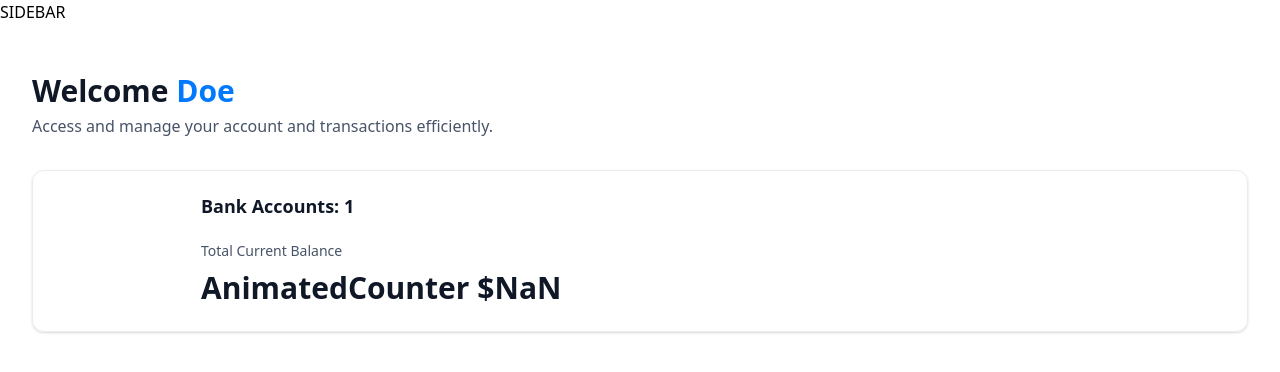
Repository: akinolapo/creditcraze
Page: /
These files come from the project's save history. The page is drawn as it stood at one moment and after the next save; the edit follows.
The browser window is 1280 px wide. The pictures show the whole page.
The project was rebuilt for these pictures with package versions that can differ from the ones it lists, and the page was loaded fresh each time. The framework's server and built-in components were replaced by stand-ins that run in the browser. Also part of the build but not shown: next.config.mjs.

Above is the page before, as saved 2024-06-26 14:24:18.

After the next save:
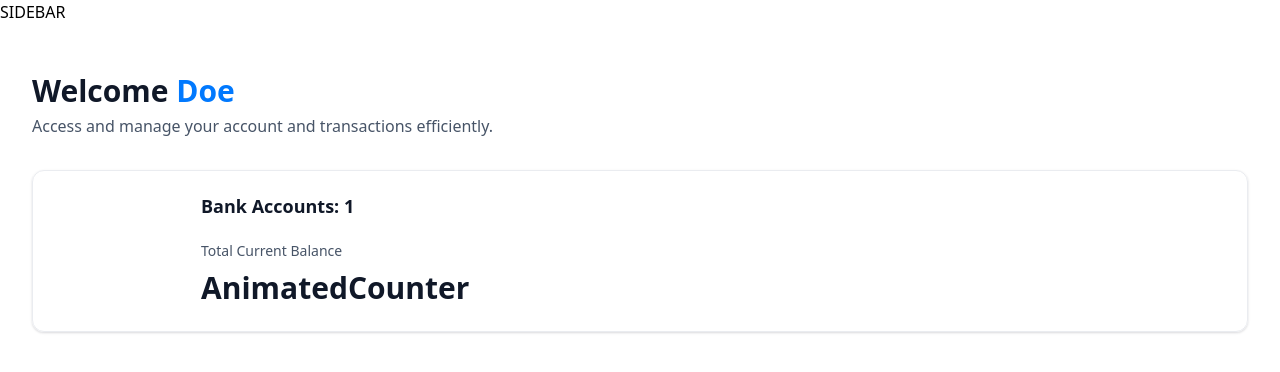
Saved 5 s later.
--- a/components/TotalBalanceBox.tsx
+++ b/components/TotalBalanceBox.tsx
@@ -20,7 +20,6 @@ const TotalBalanceBox = ({
           </p>
           <p className="total-balance-amount flex-center gap-2">
             <AnimatedCounter/>
-            {formatAmount()}
           </p>
         </div>
       </div>
